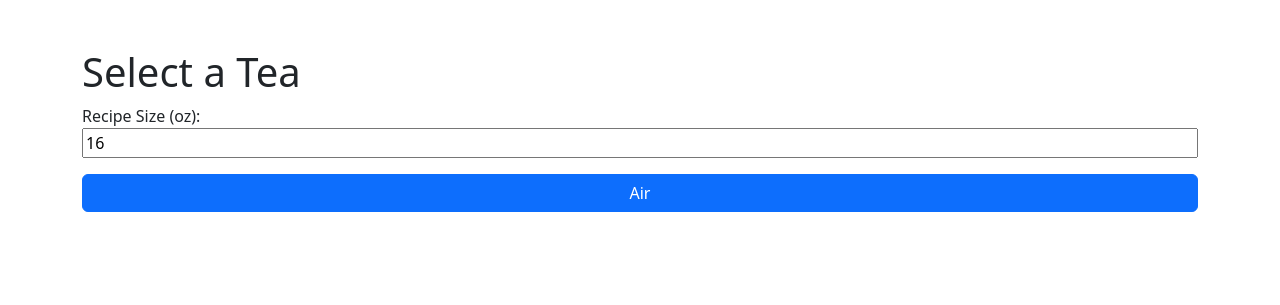
Repository: ChaidGPT/CKBatchHelper
Page: index.html
These files come from the project's save history. The page is drawn as it stood at one moment and after the next save; the edit follows.
The browser window is 1280 px wide. The pictures show the whole page.

Above is the page before, as saved 2023-06-27 11:33:49.

After the next save:
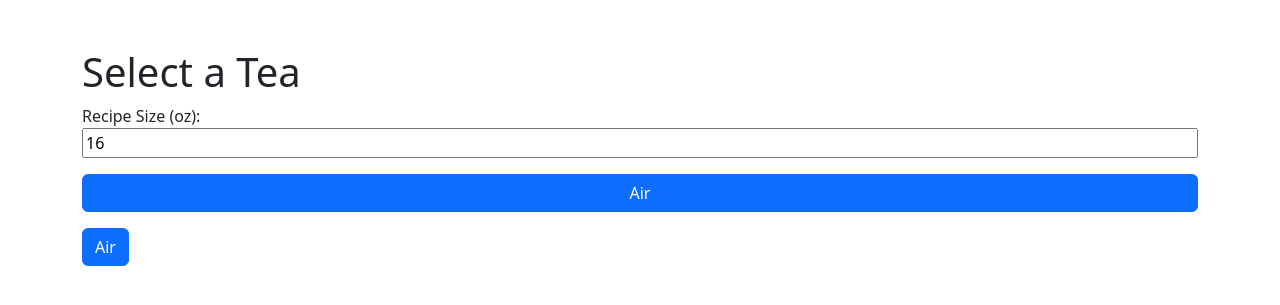
Saved 7 min 52 s later.
--- a/index.html
+++ b/index.html
@@ -20,6 +20,50 @@
           <label for="recipeSize">Recipe Size (oz):</label>
           <input type="number" id="recipeSize" min="1" value="16" step="1">
           <button class="btn btn-primary mt-3" type="button" data-bs-toggle="collapse" data-bs-target="#airCollapse"
+            aria-expanded="false" aria-controls="airCollapse">
+            Air
+          </button>
+          <!-- Add more buttons here -->
+        </div>
+        <div class="collapse mt-3" id="airCollapse">
+          <div class="card card-body">
+            <table class="table">
+              <thead>
+                <tr>
+                  <th>Ingredient</th>
+                  <th>Quantity (oz)</th>
+                </tr>
+              </thead>
+              <tbody>
+                <tr>
+                  <td>Dandelion Leaf</td>
+                  <td class="ingredientQty" data-ingredient="dandelionLeaf" data-base-quantity="4">4</td>
+                </tr>
+                <tr>
+                  <td>Borage</td>
+                  <td class="ingredientQty" data-ingredient="borage" data-base-quantity="3">3</td>
+                </tr>
+                <tr>
+                  <td>Peppermint Leaf</td>
+                  <td class="ingredientQty" data-ingredient="peppermintLeaf" data-base-quantity="3">3</td>
+                </tr>
+                <tr>
+                  <td>Lavender</td>
+                  <td class="ingredientQty" data-ingredient="lavender" data-base-quantity="1">1</td>
+                </tr>
+                <tr>
+                  <td>Lemongrass</td>
+                  <td class="ingredientQty" data-ingredient="lemongrass" data-base-quantity="3">3</td>
+                </tr>
+                <tr>
+                  <td>Honeysuckle</td>
+                  <td class="ingredientQty" data-ingredient="honeysuckle" data-base-quantity="2">2</td>
+                </tr>
+              </tbody>
+            </table>
+          </div>
+        </div>
+        <button class="btn btn-primary mt-3" type="button" data-bs-toggle="collapse" data-bs-target="#airCollapse"
             aria-expanded="false" aria-controls="airCollapse">
             Air
           </button>
